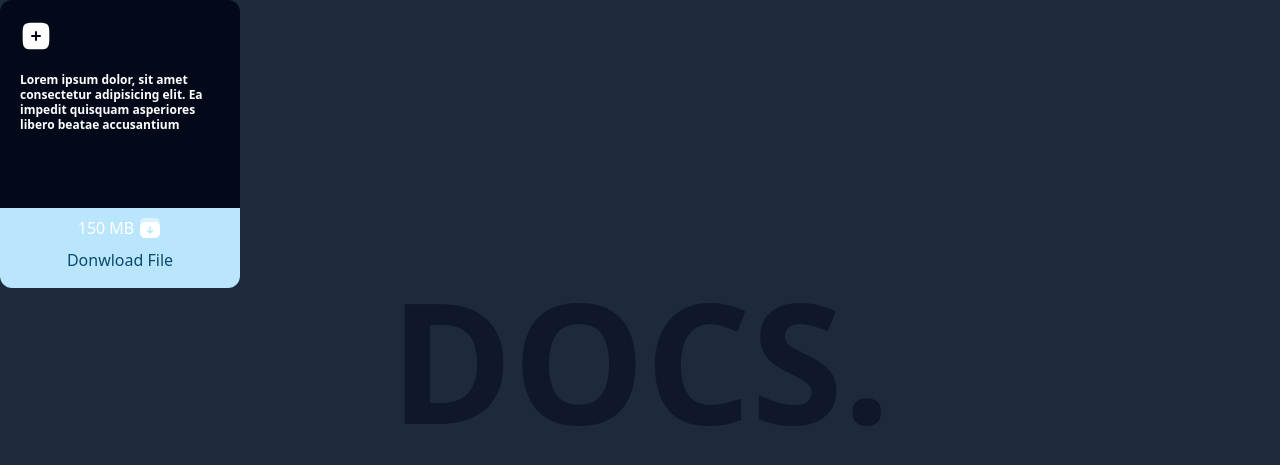
Repository: aliakbarmotallebi/framer-react
Page: /
The author's editor kept a copy of each file at every save. The page is drawn from the files as they stood at one save, then again after the next save.
The browser window is 1280 px wide. The pictures show the whole page.
The project was rebuilt for these pictures with package versions that can differ from the ones it lists, and the page was loaded fresh each time.

Above is the page before, as saved 2024-08-14 18:42:58.

### src/App.js
import React from "react";
import Background from "./components/Background";
import Card from "./components/Card";

function App() {
  return (
    <div className="relative h-screen w-full bg-slate-800">
      <Background />
      <Card />
    </div>
  );
}

export default App;

### src/components/Background.jsx
import React from "react";

function Background() {
    return <h1 className="absolute left-1/2 top-1/2 -translate-x-[50%] -translate-y-[50%] text-[13vw] font-semibold text-slate-900">
    DOCS.
  </h1>
}

export default Background;

### src/components/Card.jsx
import React, { Component } from 'react';

class Card extends Component {
    render() {
        return (
            <div className="w-60 h-72 rounded-xl bg-slate-950/90 p-5 text-white relative overflow-hidden">
                <svg xmlns="http://www.w3.org/2000/svg" className="w-8 h-8" viewBox="0 0 24 24"><path fill="currentColor" fill-rule="evenodd" d="M12 22c-4.714 0-7.071 0-8.536-1.465C2 19.072 2 16.714 2 12s0-7.071 1.464-8.536C4.93 2 7.286 2 12 2s7.071 0 8.535 1.464C22 4.93 22 7.286 22 12s0 7.071-1.465 8.535C19.072 22 16.714 22 12 22m0-13.75a.75.75 0 0 1 .75.75v2.25H15a.75.75 0 0 1 0 1.5h-2.25V15a.75.75 0 0 1-1.5 0v-2.25H9a.75.75 0 0 1 0-1.5h2.25V9a.75.75 0 0 1 .75-.75" clip-rule="evenodd"/></svg>
                <p className="text-xs leading-tight mt-5 font-semibold">
                    Lorem ipsum dolor, sit amet consectetur adipisicing elit. Ea impedit quisquam asperiores libero beatae accusantium
                </p>
                <div className="footer absolute bottom-0 bg-sky-200 w-full py-2 left-0 text-center">
                    <div className="flex justify-center items-center w-full">
                        <p>
                            150
                            <span className="font-medium px-1">
                                MB
                            </span>
                        </p>
                        <svg xmlns="http://www.w3.org/2000/svg" className="w-6 h-6" viewBox="0 0 24 24"><path fill="currentColor" d="M12 2c4.713 0 7.07 0 8.535 1.464c.757.758 1.123 1.754 1.3 3.192V10H2.164V6.656c.176-1.438.541-2.434 1.299-3.192C4.928 2 7.285 2 11.999 2" opacity="0.5"/><path fill="currentColor" fill-rule="evenodd" d="M2 14c0-2.8 0-4.2.545-5.27A5 5 0 0 1 4.73 6.545C5.8 6 7.2 6 10 6h4c2.8 0 4.2 0 5.27.545a5 5 0 0 1 2.185 2.185C22 9.8 22 11.2 22 14s0 4.2-.545 5.27a5 5 0 0 1-2.185 2.185C18.2 22 16.8 22 14 22h-4c-2.8 0-4.2 0-5.27-.545a5 5 0 0 1-2.185-2.185C2 18.2 2 16.8 2 14m10.75-3a.75.75 0 0 0-1.5 0v4.19l-1.22-1.22a.75.75 0 1 0-1.06 1.06l2.5 2.5a.75.75 0 0 0 1.06 0l2.5-2.5a.75.75 0 1 0-1.06-1.06l-1.22 1.22z" clip-rule="evenodd"/></svg>
                    </div>
                    <button className="text-sky-900 p-2 font-medium">
                        Donwload File
                    </button>
                </div>
            </div>
        );
    }
}

export default Card;

Loaded but not shown: public/index.html (common file); src/index.js (common file); src/index.css (common file); tailwind.config.js (common file)

After the next save:
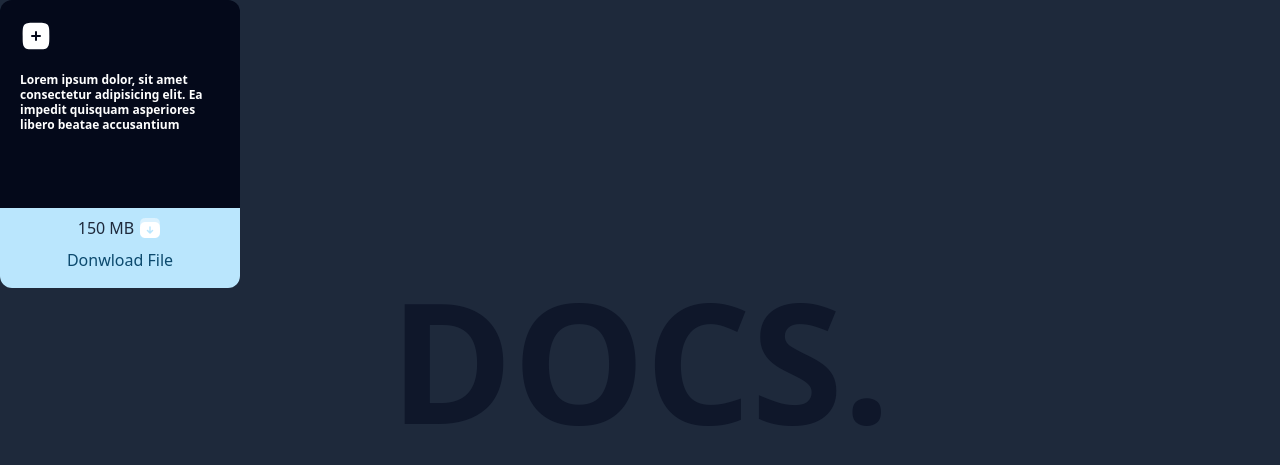
Saved 35 s later.
--- a/src/components/Card.jsx
+++ b/src/components/Card.jsx
@@ -10,13 +10,13 @@ class Card extends Component {
                 </p>
                 <div className="footer absolute bottom-0 bg-sky-200 w-full py-2 left-0 text-center">
                     <div className="flex justify-center items-center w-full">
-                        <p>
+                        <p className="text-slate-800">
                             150
                             <span className="font-medium px-1">
                                 MB
                             </span>
                         </p>
-                        <svg xmlns="http://www.w3.org/2000/svg" className="w-6 h-6" viewBox="0 0 24 24"><path fill="currentColor" d="M12 2c4.713 0 7.07 0 8.535 1.464c.757.758 1.123 1.754 1.3 3.192V10H2.164V6.656c.176-1.438.541-2.434 1.299-3.192C4.928 2 7.285 2 11.999 2" opacity="0.5"/><path fill="currentColor" fill-rule="evenodd" d="M2 14c0-2.8 0-4.2.545-5.27A5 5 0 0 1 4.73 6.545C5.8 6 7.2 6 10 6h4c2.8 0 4.2 0 5.27.545a5 5 0 0 1 2.185 2.185C22 9.8 22 11.2 22 14s0 4.2-.545 5.27a5 5 0 0 1-2.185 2.185C18.2 22 16.8 22 14 22h-4c-2.8 0-4.2 0-5.27-.545a5 5 0 0 1-2.185-2.185C2 18.2 2 16.8 2 14m10.75-3a.75.75 0 0 0-1.5 0v4.19l-1.22-1.22a.75.75 0 1 0-1.06 1.06l2.5 2.5a.75.75 0 0 0 1.06 0l2.5-2.5a.75.75 0 1 0-1.06-1.06l-1.22 1.22z" clip-rule="evenodd"/></svg>
+                        <svg xmlns="http://www.w3.org/2000/svg" className="w-6 h-6 fill-current" viewBox="0 0 24 24"><path fill="currentColor" d="M12 2c4.713 0 7.07 0 8.535 1.464c.757.758 1.123 1.754 1.3 3.192V10H2.164V6.656c.176-1.438.541-2.434 1.299-3.192C4.928 2 7.285 2 11.999 2" opacity="0.5"/><path fill="currentColor" fill-rule="evenodd" d="M2 14c0-2.8 0-4.2.545-5.27A5 5 0 0 1 4.73 6.545C5.8 6 7.2 6 10 6h4c2.8 0 4.2 0 5.27.545a5 5 0 0 1 2.185 2.185C22 9.8 22 11.2 22 14s0 4.2-.545 5.27a5 5 0 0 1-2.185 2.185C18.2 22 16.8 22 14 22h-4c-2.8 0-4.2 0-5.27-.545a5 5 0 0 1-2.185-2.185C2 18.2 2 16.8 2 14m10.75-3a.75.75 0 0 0-1.5 0v4.19l-1.22-1.22a.75.75 0 1 0-1.06 1.06l2.5 2.5a.75.75 0 0 0 1.06 0l2.5-2.5a.75.75 0 1 0-1.06-1.06l-1.22 1.22z" clip-rule="evenodd"/></svg>
                     </div>
                     <button className="text-sky-900 p-2 font-medium">
                         Donwload File
